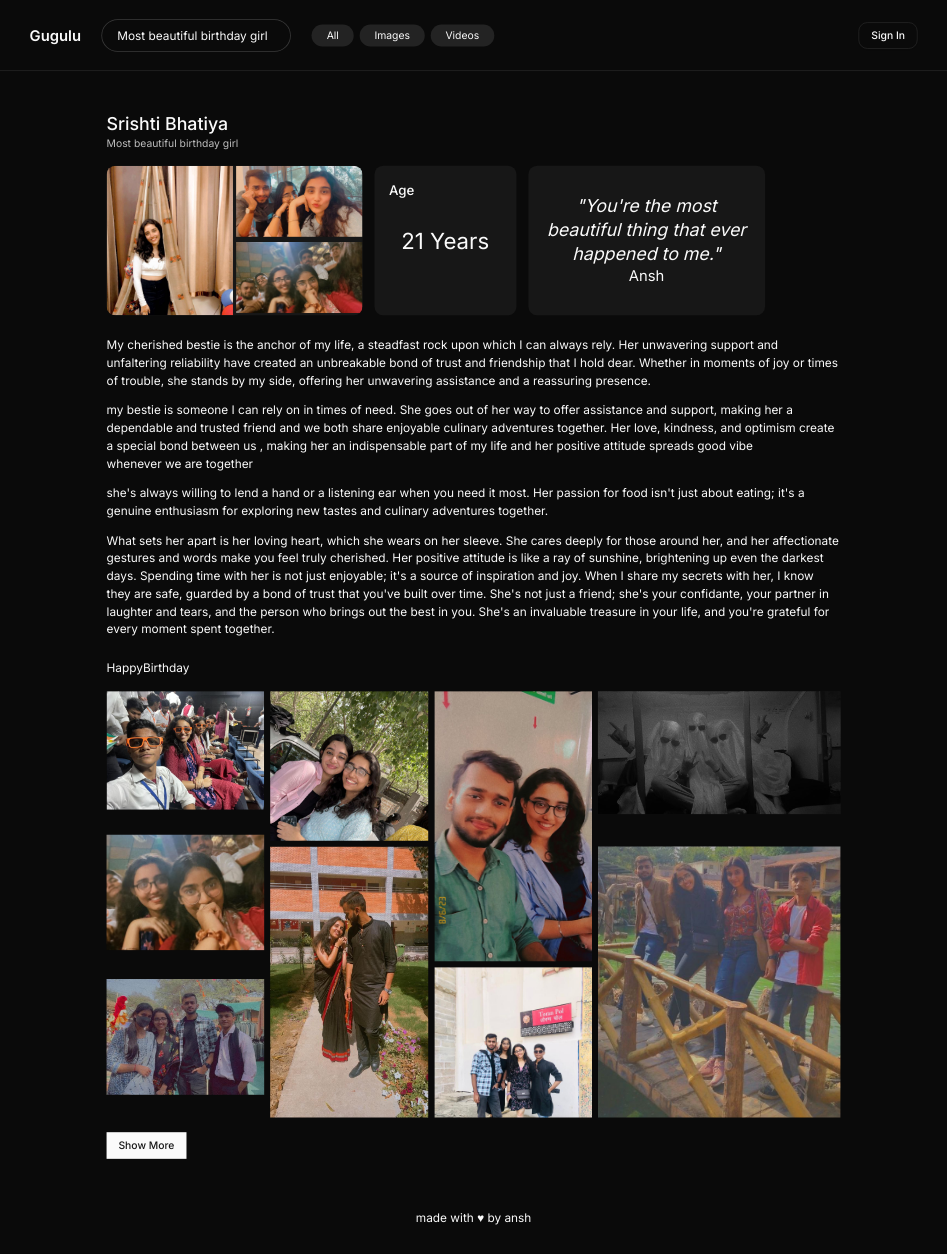
Repository: Harshgoel17/anshfinal
Page: /srishti
The author's editor kept a copy of each file at every save. The page is drawn from the files as they stood at one save, then again after the next save.
The browser window is 1280 px wide. The pictures show the whole page, at 74% of full size.
The project was rebuilt for these pictures with package versions that can differ from the ones it lists, and the page was loaded fresh each time. The framework's server and built-in components were replaced by stand-ins that run in the browser. Also part of the build but not shown: next.config.js.

Above is the page before, as saved 2023-10-06 17:46:18.

### app/layout.js
import "./globals.css";
import { Inter } from "next/font/google";

const inter = Inter({ subsets: ["latin"] });

export const metadata = {
  title: "Gugulu",
  description: "Generated by create next app",
};

export default function RootLayout({ children }) {
  return (
    <html lang="en">
      <body className={inter.className}>{children}</body>
    </html>
  );
}

### app/srishti/page.jsx
import Gallery from '@/components/Gallery'
import HappyBirthday from '@/components/HappyBirthday'
import Navbar from '@/components/Navbar'
import { Button } from '@/components/ui/button'
import React from 'react'

const page = () => {



  return (
    <div className='overflow-x-hidden'>
        <Navbar />
        <div className='py-14 px-36 gap-5 flex flex-col'>
            <div>
                <h1 className='text-2xl font-medium'>Srishti Bhatiya</h1>
                <p className='text-sm opacity-75'>Most beautiful birthday girl</p>
            </div>

            <div className='flex items-center gap-4'>
                <div className='bg-neutral-900 lg:w-[27vw] h-[28vh]  rounded-xl flex gap-1 overflow-hidden'>
                    <span className=' w-[50%] h-full relative overflow-hidden'>
                        <img src="images/84.jpg" alt="" className='absolute' />
                    </span>

                    <div className='flex flex-col gap-1 w-[50%] h-full overflow-hidden'>
                        <span className=' h-[50%] w-full relative overflow-hidden'>
                            <img src="images/71.jpg" alt="" className='absolute' />
                        </span>
                        <span className=' h-[50%] w-full relative overflow-hidden'>
                            <img src="images/33.jpg" alt="" className='absolute' />
                        </span>
                    </div>
                </div>

                <div className='bg-neutral-900 lg:w-[15vw] h-[28vh]  rounded-xl flex gap-1 overflow-hidden items-center justify-center text-center px-5 text-3xl relative'>
                    <p className='absolute text-lg top-5 left-5 font-medium'>Age</p>
                    <p>
                    21 Years
                    </p>
                </div>

                <div className='bg-neutral-900 lg:w-[25vw] h-[28vh]  rounded-xl flex gap-1 overflow-hidden items-center justify-center text-center px-5  relative'>
                        <p className='text-xl '><span className='italic text-2xl'>"You're the most beautiful thing that ever happened to me."</span>  <br /><span className='translate-y-[10px]'>
                        Ansh</span></p>
                </div>
            </div>

            <div className='text-lol py-2 flex flex-col gap-4'>
                <p>
                My cherished bestie is the anchor of my life, a steadfast rock upon which I can always rely. Her unwavering support and unfaltering reliability have created an unbreakable bond of trust and friendship that I hold dear. Whether in moments of joy or times of trouble, she stands by my side, offering her unwavering assistance and a reassuring presence.


                </p>

                <p>
                my bestie is someone I can rely on in times of need. She goes out of her way to offer assistance and support, making her a dependable and trusted friend and we both share enjoyable culinary adventures together. Her love, kindness, and optimism create a special bond between us , making her an indispensable part of my life and her positive attitude spreads good vibe whenever we are together


                </p>

                <p>
                she's always willing to lend a hand or a listening ear when you need it most. Her passion for food isn't just about eating; it's a genuine enthusiasm for exploring new tastes and culinary adventures together.



                </p>

                <p>
                What sets her apart is her loving heart, which she wears on her sleeve. She cares deeply for those around her, and her affectionate gestures and words make you feel truly cherished. Her positive attitude is like a ray of sunshine, brightening up even the darkest days. Spending time with her is not just enjoyable; it's a source of inspiration and joy.
When I share my secrets with her, I know they are safe, guarded by a bond of trust that you've built over time. She's not just a friend; she's your confidante, your partner in laughter and tears, and the person who brings out the best in you. She's an invaluable treasure in your life, and you're grateful for every moment spent together.
                </p>
            </div>

            <HappyBirthday />

            <Gallery />




            <a href="/srishti/images">
                <Button >Show More</Button>
            </a>



            <div className='mt-12 mb-[-20px] text-center'>
                made with ♥ by ansh
            </div>
        </div>
    </div>
  )
}

export default page

### app/globals.css
@tailwind base;
@tailwind components;
@tailwind utilities;

@layer base {
  :root {
    --background: 0 0% 3.9%;
    --foreground: 0 0% 98%;

    --card: 0 0% 3.9%;
    --card-foreground: 0 0% 98%;

    --popover: 0 0% 3.9%;
    --popover-foreground: 0 0% 98%;

    --primary: 0 0% 98%;
    --primary-foreground: 0 0% 9%;

    --secondary: 0 0% 14.9%;
    --secondary-foreground: 0 0% 98%;

    --muted: 0 0% 14.9%;
    --muted-foreground: 0 0% 63.9%;

    --accent: 0 0% 14.9%;
    --accent-foreground: 0 0% 98%;

    --destructive: 0 62.8% 30.6%;
    --destructive-foreground: 0 0% 98%;

    --border: 0 0% 14.9%;
    --input: 0 0% 14.9%;
    --ring: 0 0% 83.1%;
  }

  .dark {
    --background: 0 0% 3.9%;
    --foreground: 0 0% 98%;

    --card: 0 0% 3.9%;
    --card-foreground: 0 0% 98%;

    --popover: 0 0% 3.9%;
    --popover-foreground: 0 0% 98%;

    --primary: 0 0% 98%;
    --primary-foreground: 0 0% 9%;

    --secondary: 0 0% 14.9%;
    --secondary-foreground: 0 0% 98%;

    --muted: 0 0% 14.9%;
    --muted-foreground: 0 0% 63.9%;

    --accent: 0 0% 14.9%;
    --accent-foreground: 0 0% 98%;

    --destructive: 0 62.8% 30.6%;
    --destructive-foreground: 0 0% 98%;

    --border: 0 0% 14.9%;
    --input: 0 0% 14.9%;
    --ring: 0 0% 83.1%;
  }
}

@layer base {
  * {
    @apply border-border;
  }
  body {
    @apply bg-background text-foreground;
  }
}

### components/Gallery.jsx
import React from 'react'

const Gallery = () => {
  return (
    <div className='h-[80vh] max-h-[80vh] flex gap-2'>
        <div className='grid grid-cols-3 gap-2 h-full  w-full flex-[2]  '>
            <div className='flex flex-col h-full w-full  gap-2'>
                <span className=' w-full h-full relative overflow-hidden'>
                    <img src="/images/34.jpg" alt="" className='absolute'/>
                </span>
                <span className=' w-full h-full relative overflow-hidden'>
                    <img src="/images/33.jpg" alt="" className='absolute scale-[1.6]'/>
                </span>
                <span className=' w-full h-full relative overflow-hidden'>
                    <img src="/images/25.jpg" alt="" className='absolute scale-[1.7]'/>
                </span>
            </div>

            <div className='flex flex-col h-full w-full  gap-2'>
                <span className=' w-full h-full flex-1 relative overflow-hidden'>
                    <img src="/images/79.jpg" alt="" className='absolute '/>
                </span>

                <span className=' w-full h-full flex-[1.8] relative overflow-hidden'>
                    <img src="/images/50.jpg" alt="" className='absolute '/>
                </span>
            </div>

            <div className='flex flex-col h-full w-full  gap-2'>
                <span className=' w-full h-full flex-[1.8] relative overflow-hidden'>
                    <img src="/images/89.jpg" alt="" className='absolute '/>
                </span>
                <span className=' w-full h-full flex-1 relative overflow-hidden'>
                    <img src="/images/36.jpg" alt="" className='absolute '/>
                </span>

            </div>


        </div>

        <div className='flex h-full flex-col w-full flex-1 gap-2  '>
            <span className=' w-full h-full flex-1 relative overflow-hidden'>
                    <img src="/images/13.jpg" alt="" className='absolute scale-[1.13]'/>
                </span>

                <span className=' w-full h-full flex-[1.8] relative overflow-hidden'>
                    <img src="/images/38.jpg" alt="" className='absolute translate-y-[-230px]'/>
                </span>
        </div>
    </div>
  )
}

export default Gallery

### components/HappyBirthday.jsx
import React from 'react'

const HappyBirthday = () => {
  return (
    <div>HappyBirthday</div>
  )
}

export default HappyBirthday

### components/Navbar.jsx
import React from 'react'
import { Button } from "@/components/ui/button";

const Navbar = () => {
  return (
    <div className='flex h-24 w-screen items-center justify-between border-b px-10'>
        <div className='flex gap-7 items-center'>
            <h1 className='text-xl font-semibold'>Gugulu</h1>
            <input type="text" className="bg-background border border-foreground/20 rounded-full h-11 w-[20vw] px-5" value={'Most beautiful birthday girl'}/>

            <div className='flex items-center justify-center gap-2 text-sm'>
                <a href='/srishti' className='rounded-full bg-foreground/10 px-5 py-[5px] cursor-pointer'>All</a>
                <a href='/srishti/images' className='rounded-full bg-foreground/10 px-5 py-[5px] cursor-pointer'>Images</a>
                <a href='/srishti/videos' className='rounded-full bg-foreground/10 px-5 py-[5px] cursor-pointer'>Videos</a>
                {/*  */}
            </div>
        </div>
        <div className='flex items-center gap-6'>
            <Button variant="outline" className="rounded-xl" >Sign In</Button>
        </div>
    </div>
  )
}

export default Navbar

### components/ui/button.jsx
import * as React from "react"
import { Slot } from "@radix-ui/react-slot"
import { cva } from "class-variance-authority";

import { cn } from "@/lib/utils"

const buttonVariants = cva(
  "inline-flex items-center justify-center rounded-md text-sm font-medium transition-colors focus-visible:outline-none focus-visible:ring-1 focus-visible:ring-ring disabled:pointer-events-none disabled:opacity-50",
  {
    variants: {
      variant: {
        default:
          "bg-primary text-primary-foreground shadow hover:bg-primary/90",
        destructive:
          "bg-destructive text-destructive-foreground shadow-sm hover:bg-destructive/90",
        outline:
          "border border-input bg-transparent shadow-sm hover:bg-accent hover:text-accent-foreground",
        secondary:
          "bg-secondary text-secondary-foreground shadow-sm hover:bg-secondary/80",
        ghost: "hover:bg-accent hover:text-accent-foreground",
        link: "text-primary underline-offset-4 hover:underline",
      },
      size: {
        default: "h-9 px-4 py-2",
        sm: "h-8 rounded-md px-3 text-xs",
        lg: "h-10 rounded-md px-8",
        icon: "h-9 w-9",
      },
    },
    defaultVariants: {
      variant: "default",
      size: "default",
    },
  }
)

const Button = React.forwardRef(({ className, variant, size, asChild = false, ...props }, ref) => {
  const Comp = asChild ? Slot : "button"
  return (
    (<Comp
      className={cn(buttonVariants({ variant, size, className }))}
      ref={ref}
      {...props} />)
  );
})
Button.displayName = "Button"

export { Button, buttonVariants }

Loaded but not shown: lib/utils.js (common file); tailwind.config.js (common file)

After the next save:
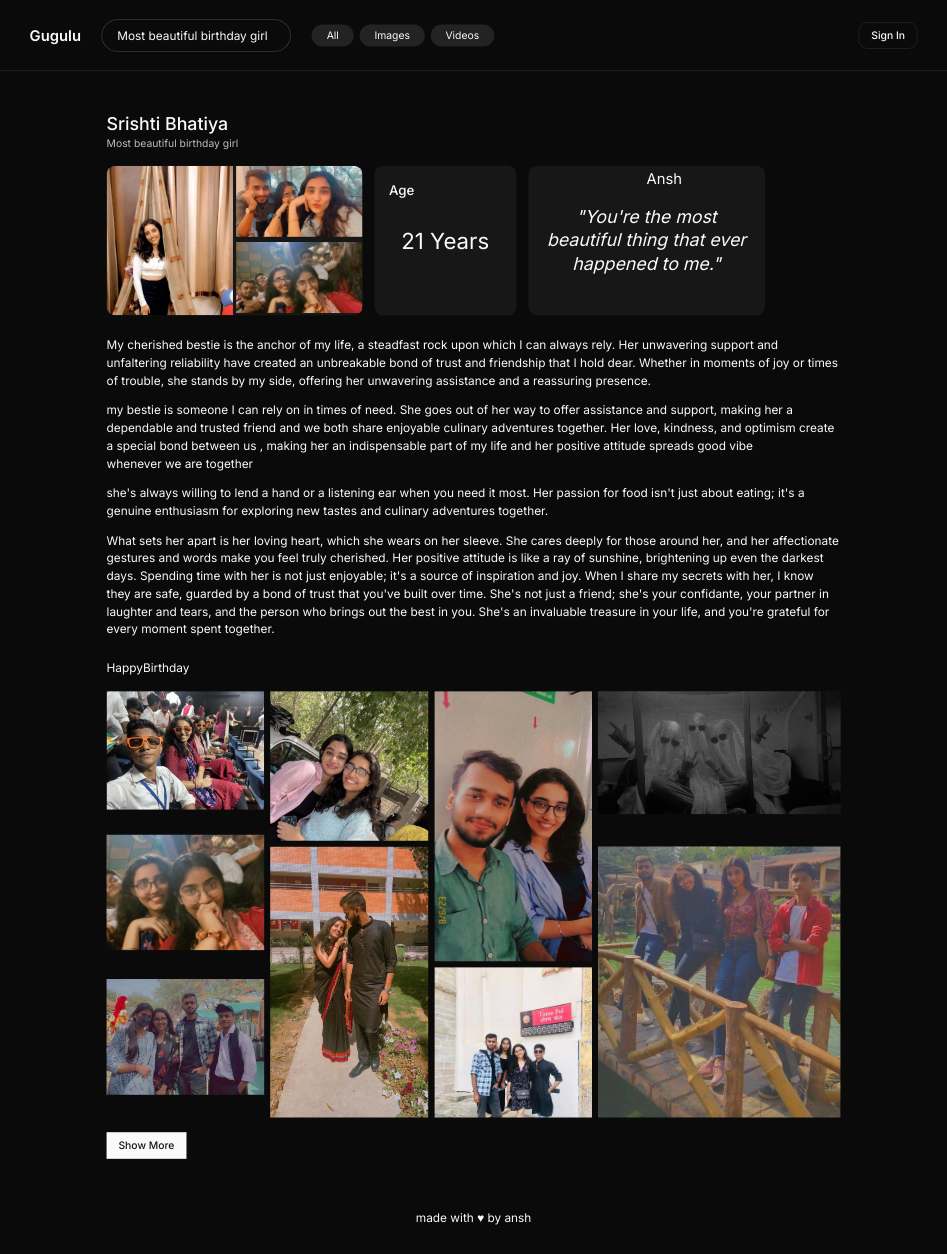
Saved 10 s later.
--- a/app/srishti/page.jsx
+++ b/app/srishti/page.jsx
@@ -41,7 +41,7 @@ const page = () => {
                 </div>
 
                 <div className='bg-neutral-900 lg:w-[25vw] h-[28vh]  rounded-xl flex gap-1 overflow-hidden items-center justify-center text-center px-5  relative'>
-                        <p className='text-xl '><span className='italic text-2xl'>"You're the most beautiful thing that ever happened to me."</span>  <br /><span className='translate-y-[10px]'>
+                        <p className='text-xl '><span className='italic text-2xl'>"You're the most beautiful thing that ever happened to me."</span>  <br /><span className='absolute top-1'>
                         Ansh</span></p>
                 </div>
             </div>
